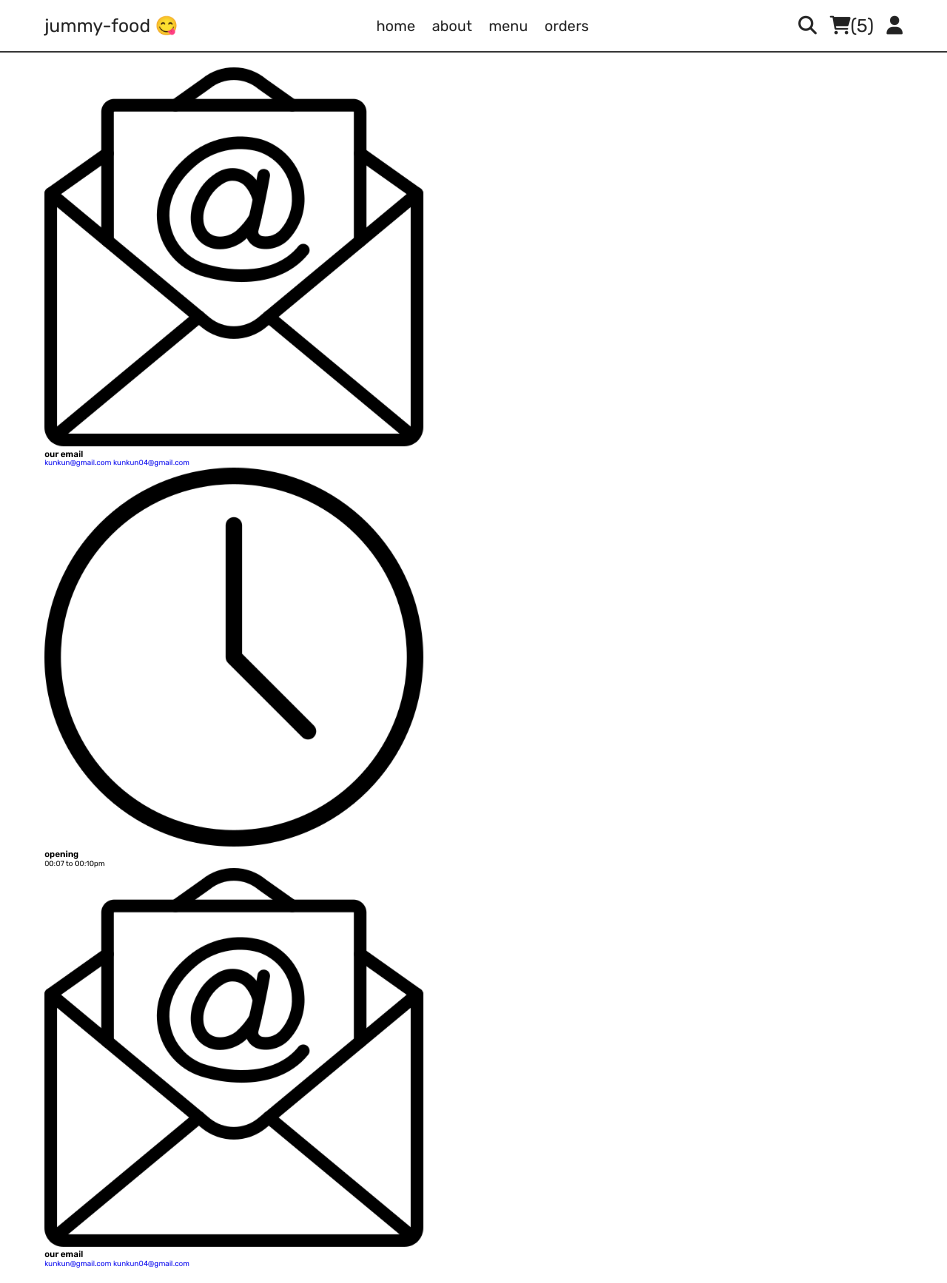
Repository: VuongLinhDinh/jummy_food
Page: home.html
An editor plug-in stored every save of this project. The page is shown before and after the next save, followed by the edit.
The browser window is 1280 px wide. The pictures show the whole page, at 74% of full size.
Some web libraries are served in a nearby version.

Above is the page before, as saved 2023-11-07 15:39:53.

### home.html
<!DOCTYPE html>
<html lang="en">
<head>
    <meta charset="UTF-8">
    <meta name="viewport" content="width=device-width, initial-scale=1.0">
    <title>Home</title>
    <!-- font awesome cdn link -->
    <link rel="stylesheet" href="https://cdnjs.cloudflare.com/ajax/libs/font-awesome/6.1.1/css/all.min.css">
    <!-- custom css -->
    <link rel="stylesheet" href="./css/style.css">
</head>
<body>
    <!-- header section starts  -->
    <header class="header">
        <section class="flex">
            <a href="home.html" class="logo">jummy-food 😋</a>
            <nav class="navbar">
                <a href="home.html">home</a>
                <a href="about.html">about</a>
                <a href="menu.html">menu</a>
                <a href="orders.html">orders</a>
            </nav>
            <div class="icons">
                <a href="search.html"><i class="fas fa-search"></i></a>
                <a href="cart.html"><i class="fas fa-shopping-cart"></i><span>(5)</span></a>
                <div id="user-btn" class="fas fa-user"></div>
                <div id="menu-btn" class="fas fa-bars"></div>
            </div>
            <div class="profile">
                <p class="name">Kun Aquero</p>
                <div class="flex">
                    <a href="profile.html" class="btn">profile</a>
                    <a href="#" class="delete-btn">logout</a>
                </div>
                <p class="account"><a href="login.html">login</a> or <a href="login.html">register</a></p>
            </div>
        </section>
    </header>
    <!-- header section end  -->
    <!-- footer section starts  -->
    <footer class="footer">
        <section class="grid">
            <div class="box">
                <img src="images/email-icon.png" alt="">
                <h3>our email</h3>
                <a href="mailto:kunkun@gmail.com">kunkun@gmail.com</a>
                <a href="mailto:kun04@gmail.com">kunkun04@gmail.com</a>
            </div>

            <div class="box">
                <img src="images/clock-icon.png" alt="">
                <h3>opening</h3>
                <p>00:07 to 00:10pm</p>
            </div>

            <div class="box">
                <img src="images/email-icon.png" alt="">
                <h3>our email</h3>
                <a href="mailto:kunkun@gmail.com">kunkun@gmail.com</a>
                <a href="mailto:kun04@gmail.com">kunkun04@gmail.com</a>
            </div>
        </section>
    </footer>
    <!-- footer section end  -->
    <!-- custom js file -->
    <script src="./js/script.js"></script>
</body>
</html>

### css/style.css
@import url('https://fonts.googleapis.com/css2?family=Nunito:wght@200;300;400;600;700&family=Rubik:wght@300;400;500;600&display=swap');
:root {
    --yellow: #fed330;
    --red: #e74c3c;
    --white: #fff;
    --black: #222;
    --light-color: #777;
    --border: .2rem solid var(--black);
}
*{
    font-family: 'Rubik', sans-serif;
    margin: 0; padding: 0;
    box-sizing: border-box;
    outline: none; border: none;
    text-decoration: none;
}
*::selection {
    background-color: var(--yellow);
    color: var(--white);
}
::-webkit-scrollbar {
    height: 0.5rem;
    width: 1rem;
}
::-webkit-scrollbar-track {
    background-color: transparent;
}
::-webkit-scrollbar-thumb {
    background-color: var(--yellow);
}
html {
    font-size:  62.5%;
    overflow-x: hidden;
    scroll-behavior: smooth;
    stop-opacity: 7rem;
}
section {
    margin: 0 auto;
    max-width: 1200px;
    padding: 2rem;
}
.btn, .delete-btn {
    margin-top: 1rem;
    display: inline-block;
    font-size: 2rem;
    padding: 1rem 3rem;
    opacity: .6;
    cursor: pointer;
}
.btn:hover, .delete-btn:hover {
    /* letter-spacing: .2rem; */
    transition:  .2s linear;
    opacity: 1;
}
.btn {
    background-color: var(--yellow);
    color: var(--black);
}
.delete-btn {
    background-color: var(--red);
    color: var(--white);
}
.header {
    position: sticky;
    top: 0; left: 0; right: 0;
    z-index: 1000;
    background-color: var(--white);
    border-bottom: var(--border);
}
.header .flex {
    display: flex;
    align-items: center;
    justify-content: space-between;
    position: relative;
}
.header .flex .logo {
    font-size: 2.5rem;
    color: var(--black);
}
.header .flex .navbar a {
    font-size: 2rem;
    color: var(--black);
    margin: 0 1rem;

}
.header .flex .navbar a:hover {
    color: var(--yellow);
    text-decoration: underline;
}
.header .flex .icons > * {
    margin-left: 1.5rem;
    font-size: 2.5rem;
    color: var(--black);
    cursor: pointer;
}
.header .flex .icons > *:hover {
    color: var(--yellow);
}
#menu-btn {
    display: none;
}
.header .flex .profile {
    background-color: var(--white);
    border: var(--border);
    padding: 1.5rem;
    text-align: center;
    position: absolute;
    top: 125%; right: 2rem;
    width: 30rem;
    display: none;
    animation: fadeIn .2s linear;
}
.header .flex .profile.active {
    display: block;
}
@keyframes fadeIn {
    0% {
        transform: translateY(1rem);
    }
}
.header .flex .profile .name {
    font-size: 2rem;
    color: var(--black);
    margin-bottom: 1rem;
}
.header .flex .profile .account {
    margin-top: 1rem;
    font-size: 2rem;
    color: var(--light-color);
}
.header .flex .profile .account a {
    color: var(--black);
}
.header .flex .profile .account a:hover {
    color: var(--yellow);
    text-decoration: underline;
}














































/* media query  */
@media (max-width: 991px) {
    html {
        font-size: 55%;
    }
}
@media (max-width: 768px) {
    #menu-btn {
        display: inline-block;
    }
    .header .flex .navbar {
        position: absolute;
        top: 99%; left: 0; right: 0;
        border-top: var(--border);
        border-bottom: var(--border);
        background-color: var(--white);
        transition:  .2s linear;
        clip-path: polygon(0 0, 100% 0, 100% 0, 0 0);
    }
    .header .flex .navbar a {
        display: block;
        margin: 2rem;
    }
    .header .flex .navbar.active {
        clip-path: polygon(0 0, 100% 0, 100% 100%, 0 100%);
    }
}
@media (max-width: 450px) {
    html {
        font-size: 50%;
    }
    .header .flex .logo {
        font-size: 2rem;

    }
}

### js/script.js
navbar = document.querySelector('.header .flex .navbar');
document.querySelector('#menu-btn').onclick = () => {
    navbar.classList.toggle('active');
    profile.classList.remove('active');
}
profile = document.querySelector('.header .flex .profile');
document.querySelector('#user-btn').onclick = () => {
    profile.classList.toggle('active');
    navbar.classList.remove('active');
}
window.onscroll = () => {
    navbar.classList.remove('active');
    profile.classList.remove('active');
}

After the next save:
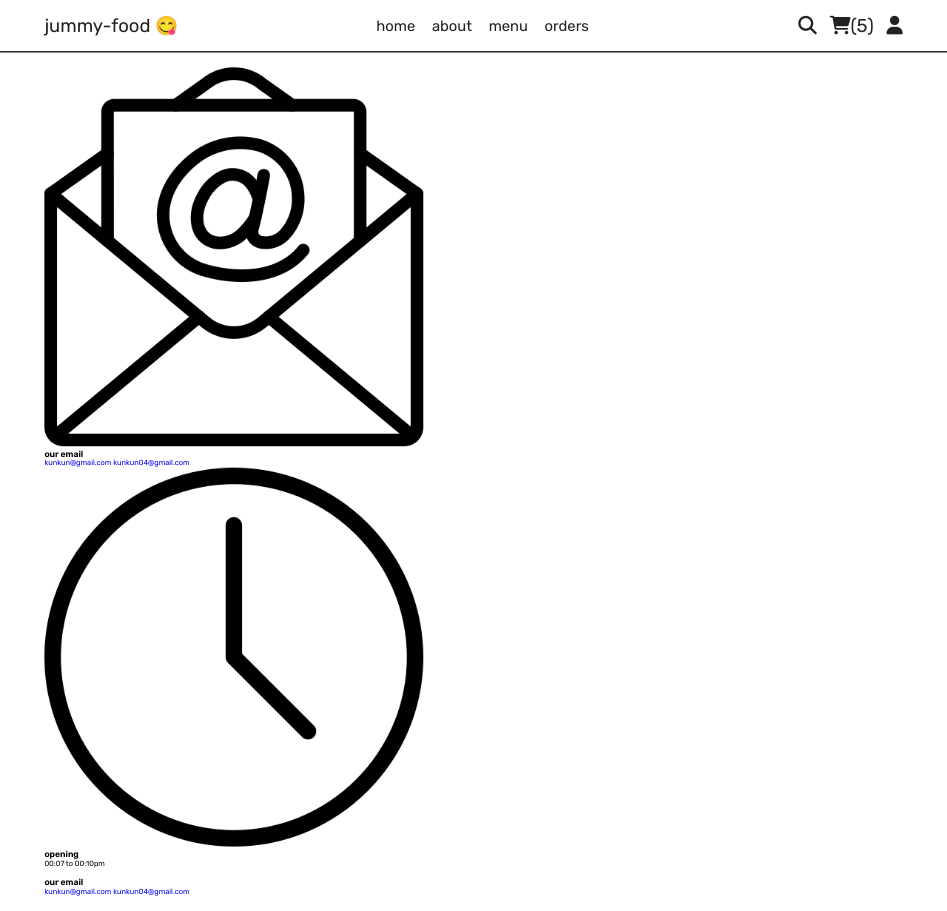
Not found: images/address-icon.png
Saved 3 min 7 s later.
--- a/home.html
+++ b/home.html
@@ -54,7 +54,7 @@
             </div>
 
             <div class="box">
-                <img src="images/email-icon.png" alt="">
+                <img src="images/address-icon.png" alt="">
                 <h3>our email</h3>
                 <a href="mailto:kunkun@gmail.com">kunkun@gmail.com</a>
                 <a href="mailto:kun04@gmail.com">kunkun04@gmail.com</a>

After the save that followed:
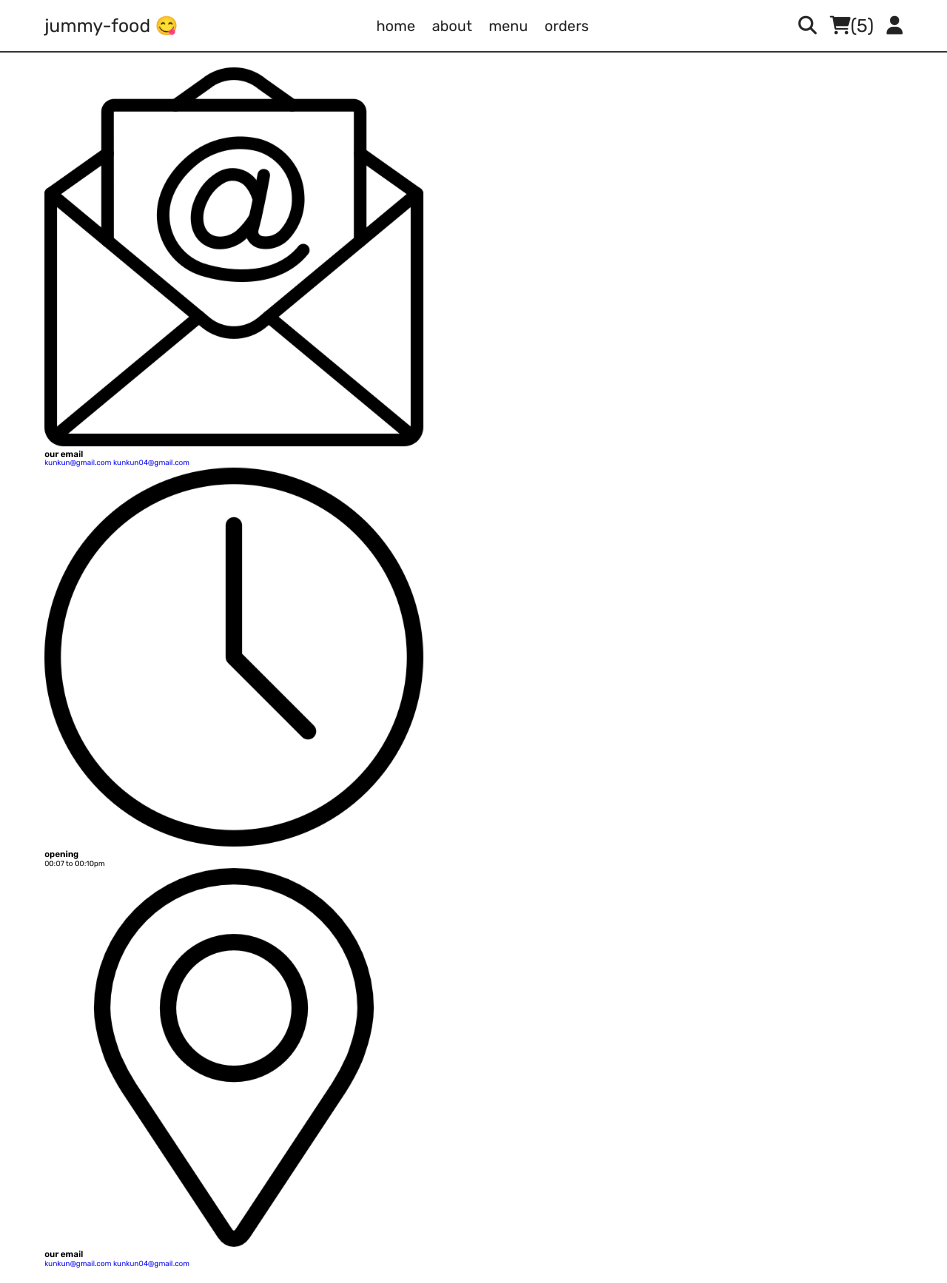
Saved 72 s later.
--- a/home.html
+++ b/home.html
@@ -54,7 +54,7 @@
             </div>
 
             <div class="box">
-                <img src="images/address-icon.png" alt="">
+                <img src="images/map-icon.png" alt="">
                 <h3>our email</h3>
                 <a href="mailto:kunkun@gmail.com">kunkun@gmail.com</a>
                 <a href="mailto:kun04@gmail.com">kunkun04@gmail.com</a>
